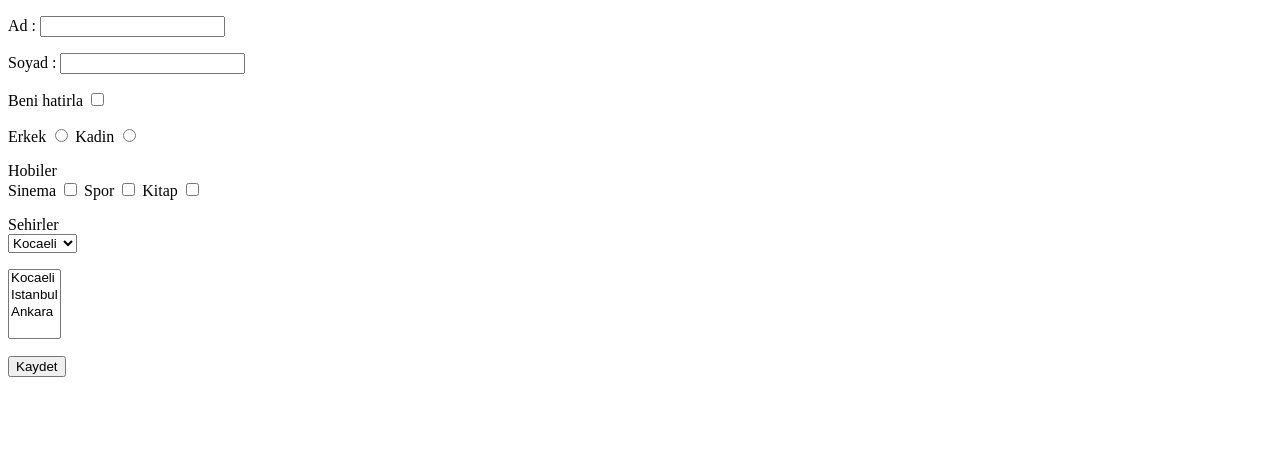
Repository: sammkrt/git101
Page: html-css-TrainingMyself/forms.html
An editor plug-in stored every save of this project. The page is shown before and after the next save, followed by the edit.
The browser window is 1280 px wide. The pictures show the whole page.

Above is the page before, as saved 2022-12-22 12:54:02.

### html-css-TrainingMyself/forms.html
<!DOCTYPE html>
<html lang="en">
<head>
    <meta charset="UTF-8">
    <meta http-equiv="X-UA-Compatible" content="IE=edge">
    <meta name="viewport" content="width=device-width, initial-scale=1.0">
    <title>Forms</title>
</head>
<body>
    <form action="/Home/Register">
        <p>
            Ad : <input type="text" name="ad" required>
        </p>
        <p>Soyad : <input type="text" name="Soyad" required>
        </p>
        <p>
            Beni hatirla <input type="checkbox" name="beniHatirla">
        </p>
        <p>
            Erkek <input type="radio" name="Cinsiyet">
            Kadin <input type="radio" name="Cinsiyet">
        </p>
        <p>
            Hobiler <br>
            Sinema <input type="checkbox" name="hobiler">
            Spor <input type="checkbox" name="hobiler">
            Kitap <input type="checkbox" name="hobiler">
        </p>
        <p>
            Sehirler
            <br>
            <select name="Sehir">
                <option>Kocaeli</option>
                <option>Istanbul</option>
                <option>Ankara</option>
            </select>
        </p>
        <p>
            <select multiple>
                <option>Kocaeli</option>
                <option>Istanbul</option>
                <option>Ankara</option>
            </select>
        </p>
        <input type="submit" value="Kaydet">



    </form>
</body>
</html>

After the next save:
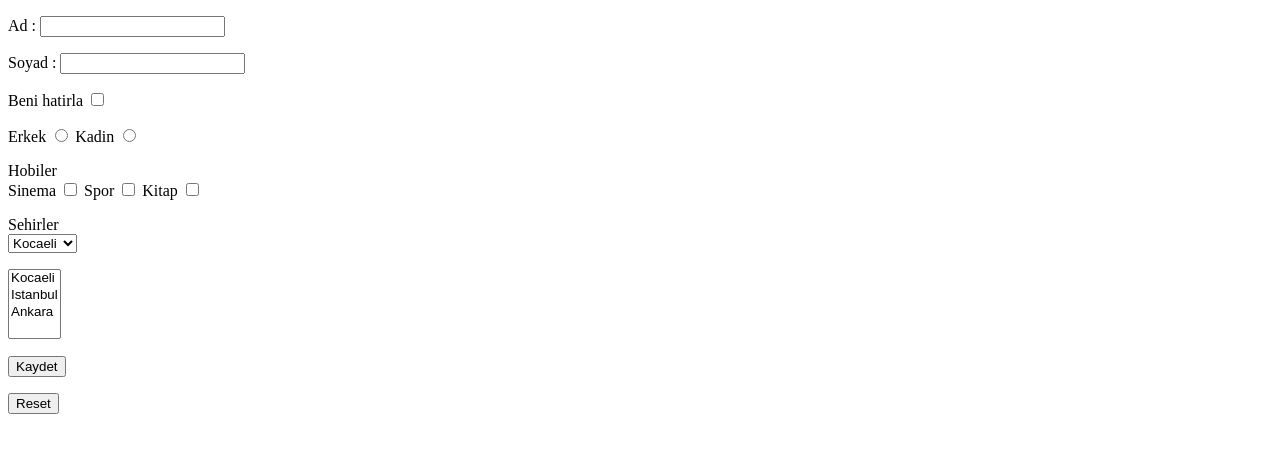
Saved 2 min 34 s later.
--- a/html-css-TrainingMyself/forms.html
+++ b/html-css-TrainingMyself/forms.html
@@ -20,6 +20,8 @@
             Erkek <input type="radio" name="Cinsiyet">
             Kadin <input type="radio" name="Cinsiyet">
         </p>
+
+
         <p>
             Hobiler <br>
             Sinema <input type="checkbox" name="hobiler">
@@ -43,6 +45,9 @@
             </select>
         </p>
         <input type="submit" value="Kaydet">
+        <p>
+            <input type="reset"
+        </p>
 
 
 
